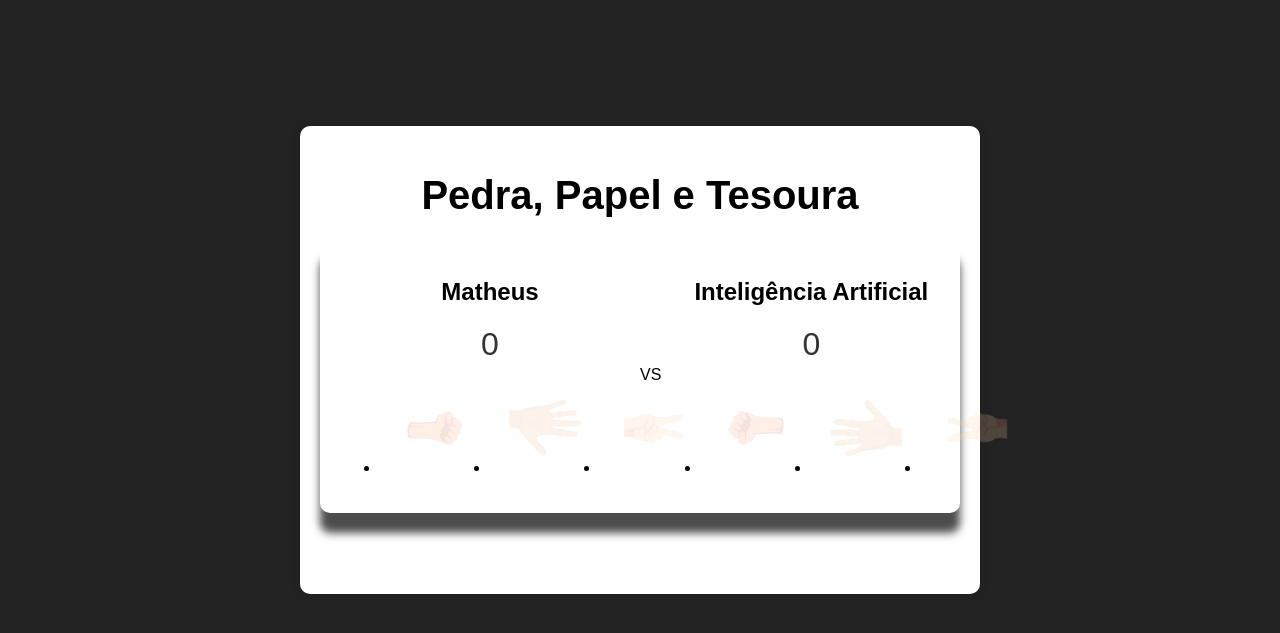
Repository: Matheus904-12/Pedra-Papel
Page: index.html
These files come from the project's save history. The page is drawn as it stood at one moment and after the next save; the edit follows.
The browser window is 1280 px wide. The pictures show the whole page.

Above is the page before, as saved 2023-08-28 22:59:59.

After the next save:
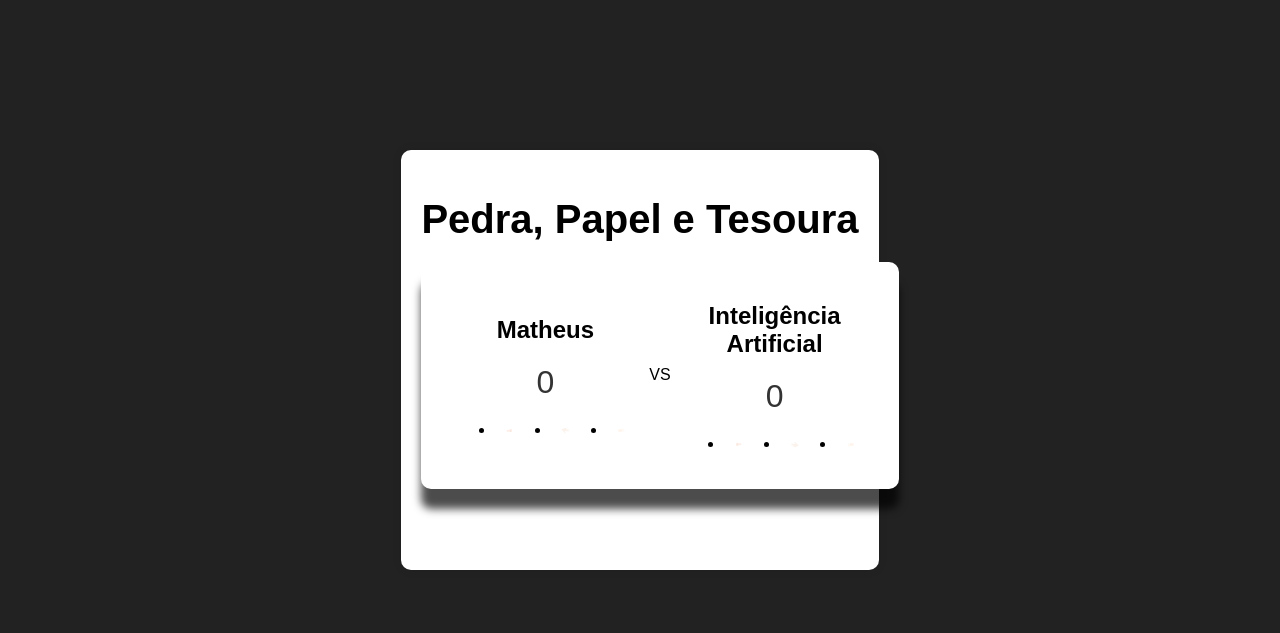
Saved 6 s later.
--- a/style.css
+++ b/style.css
@@ -77,7 +77,7 @@ body {
 }
 
 .escolhas img {
-    max-width: 90px;
+    max-width: 9px;
     cursor: pointer;
     transition: transform 0.3s ease;
     margin: 0 10px;
